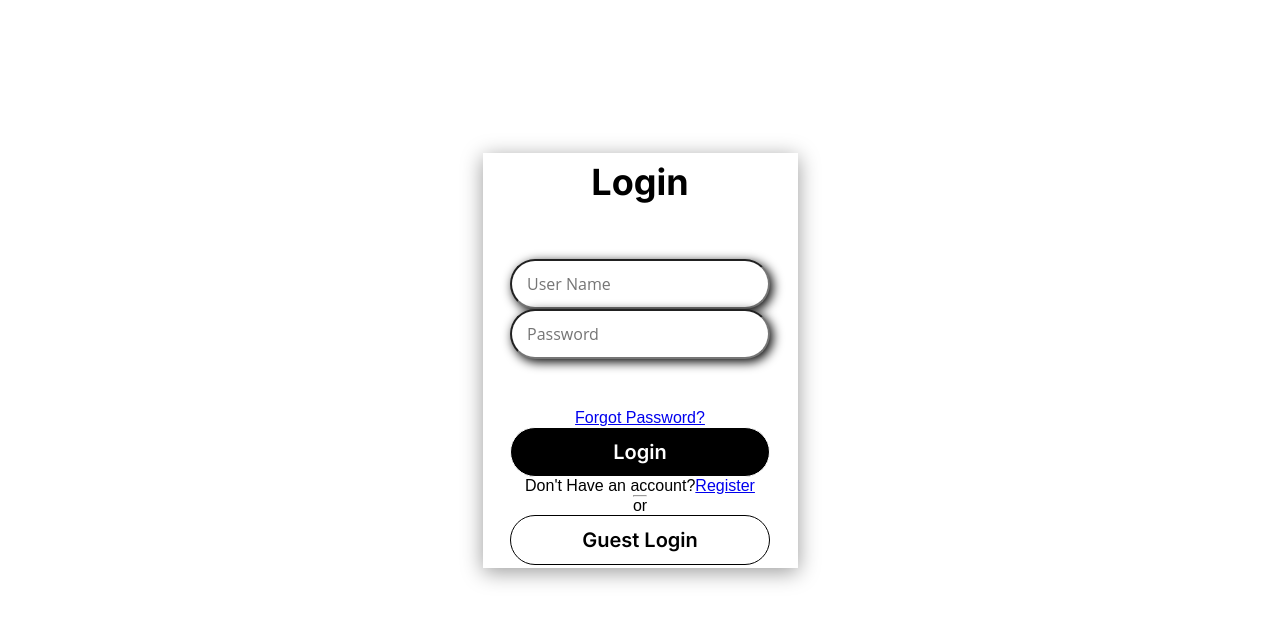
Repository: Cherced/virtualassistant
Page: /Login
The author's editor kept a copy of each file at every save. The page is drawn from the files as they stood at one save, then again after the next save.
The browser window is 1280 px wide. The pictures show the whole page.
The project was rebuilt for these pictures with package versions that can differ from the ones it lists, and the page was loaded fresh each time. The framework's server and built-in components were replaced by stand-ins that run in the browser.

Above is the page before, as saved 2022-07-15 14:26:28.

After the next save:
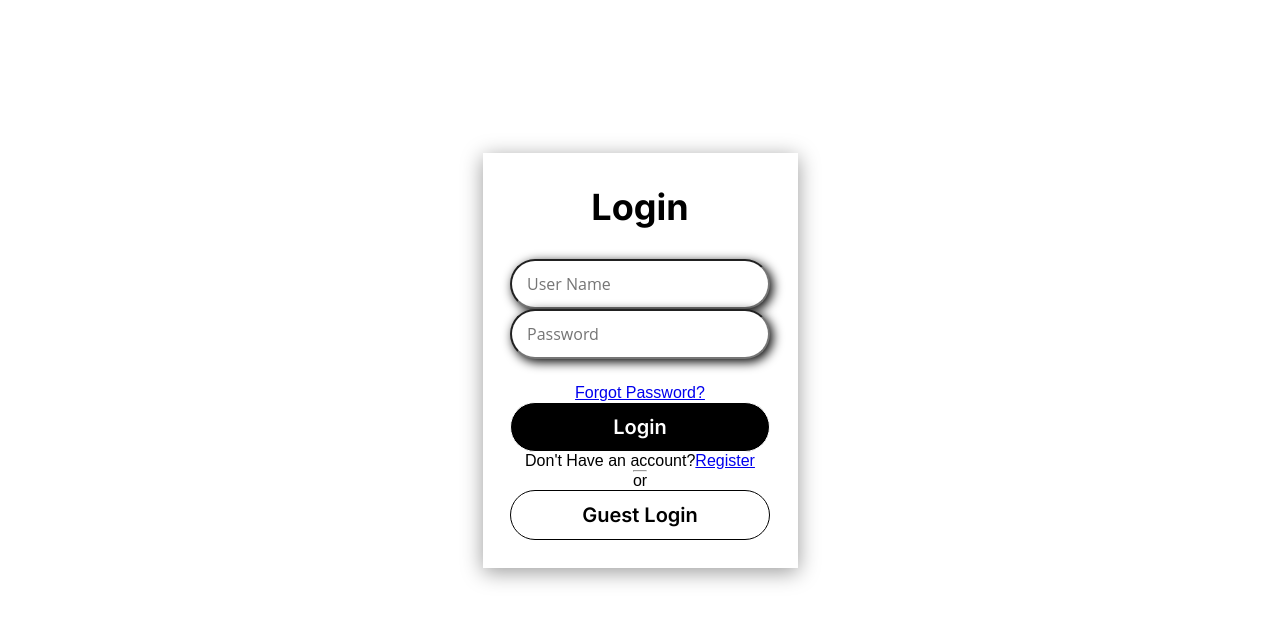
Saved 6 s later.
--- a/sass/pages/_login.scss
+++ b/sass/pages/_login.scss
@@ -29,7 +29,7 @@
             flex-direction: column;
             align-items: center;
             justify-content: center;
-            height: 200px;
+            height: 150px;
         }
 
 
